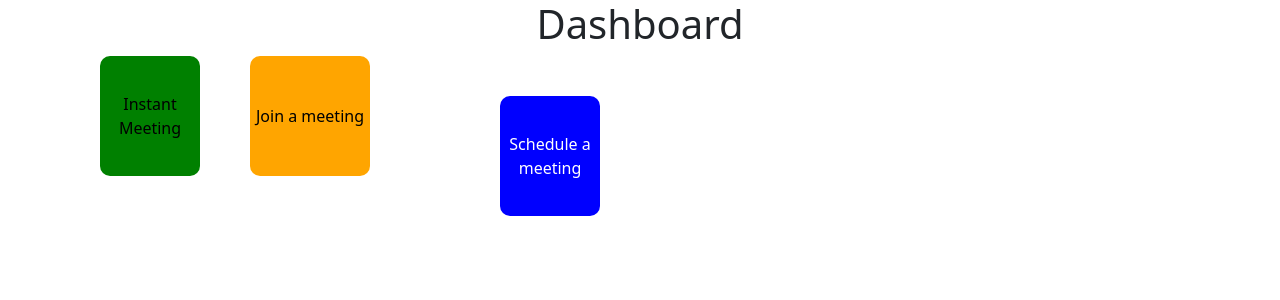
Repository: sreech465/myexam
Page: /
These files come from the project's save history. The page is drawn as it stood at one moment and after the next save; the edit follows.
The browser window is 1280 px wide. The pictures show the whole page.
The project was rebuilt for these pictures with package versions that can differ from the ones it lists, and the page was loaded fresh each time. Also part of the build but not shown: src/Jmeet.js, src/Smeet.js, src/Joinmeet.js.

Above is the page before, as saved 2023-01-14 17:31:20.

After the next save:
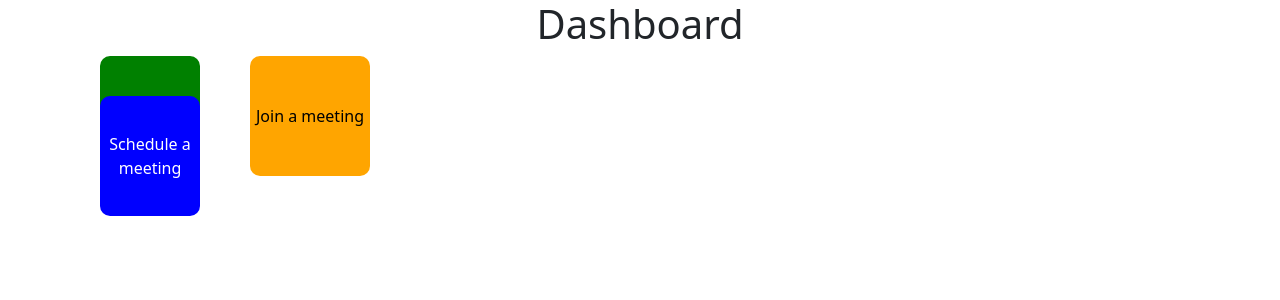
Saved 21 s later.
--- a/src/Details.js
+++ b/src/Details.js
@@ -52,6 +52,8 @@ const Details = () => {
           justifyContent: "center",
           width: 100,
           height: 120,
+          left: 100,
+          position: "fixed",
         }}
         onClick={handleSchedule}
       >
